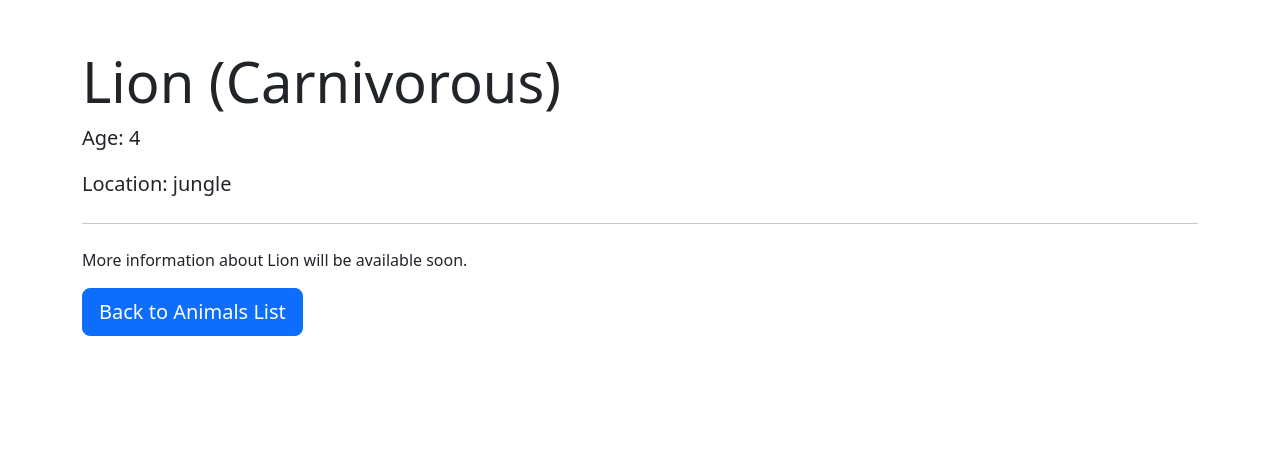
Repository: Mbote-Joseph/Django-Recap
Page: http://localhost/animals/1
An editor plug-in stored every save of this project. The page is shown before and after the next save, followed by the edit.
The browser window is 1280 px wide. The pictures show the whole page.
The page is served by the project's application, run on Django 5.2 (manage.py). The page reads the database file committed with the project.

Above is the page before, as saved 2025-12-14 16:58:20.

After the next save:
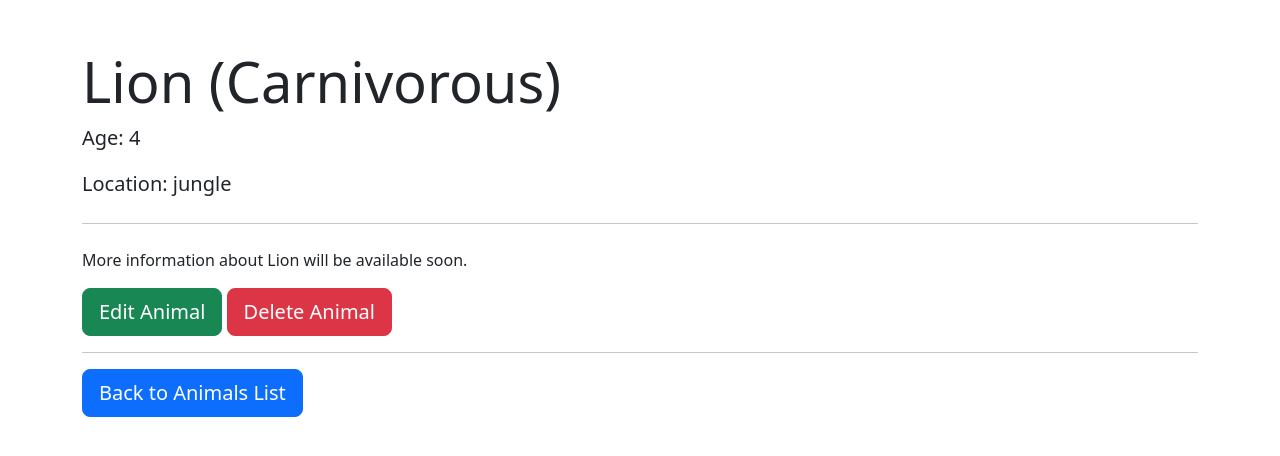
Saved 42 s later.
--- a/Test/testproject/animals/templates/animals/animal_detail.html
+++ b/Test/testproject/animals/templates/animals/animal_detail.html
@@ -12,7 +12,13 @@
             <p class="lead">Location: {{ animal.location }}</p>
             <hr class="my-4">
             <p>More information about {{ animal.name }} will be available soon.</p>
+
+            <a class="btn btn-success btn-lg" href="/animals/{{ animal.pk }}/edit" role="button">Edit Animal</a>
+            <a class="btn btn-danger btn-lg" href="/animals/{{ animal.pk }}/delete" role="button">Delete Animal</a>
+
+            <hr>
             <a class="btn btn-primary btn-lg" href="/animals" role="button">Back to Animals List</a>
+
         </div>
     </div>
 {% endblock %}
